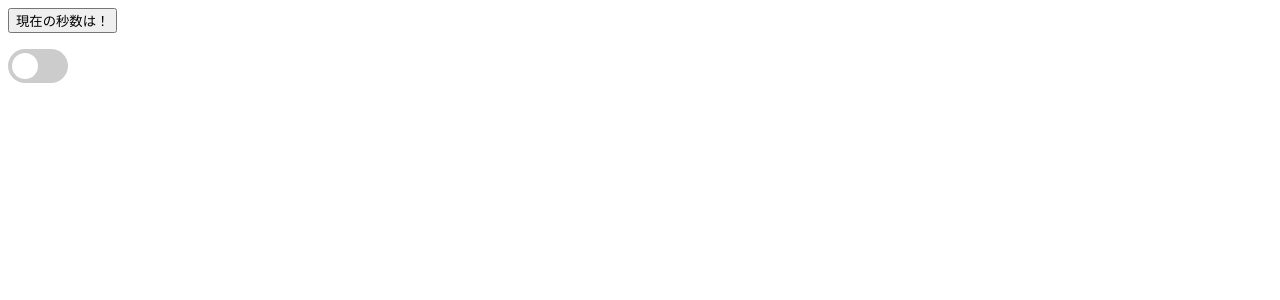
Repository: maigo999/time-abdominal-muscle
Page: index.html
These files come from the project's save history. The page is drawn as it stood at one moment and after the next save; the edit follows.
The browser window is 1280 px wide. The pictures show the whole page.

Above is the page before, as saved 2018-08-11 09:49:34.

After the next save:
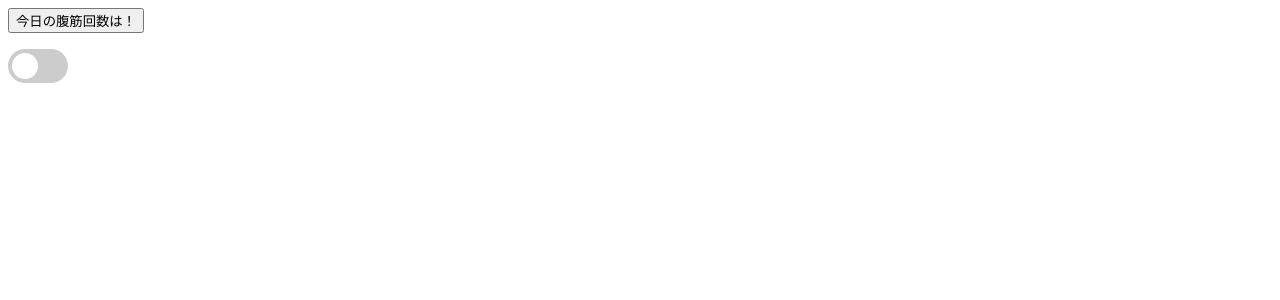
Saved 107 s later.
--- a/index.html
+++ b/index.html
@@ -10,7 +10,7 @@
 </head>
 
 <body>
-    <button id="button">現在の秒数は！</button>
+    <button id="button">今日の腹筋回数は！</button>
     <p id="result"></p>
     <label class="switch">
         <input type="checkbox" id="checkbox">
